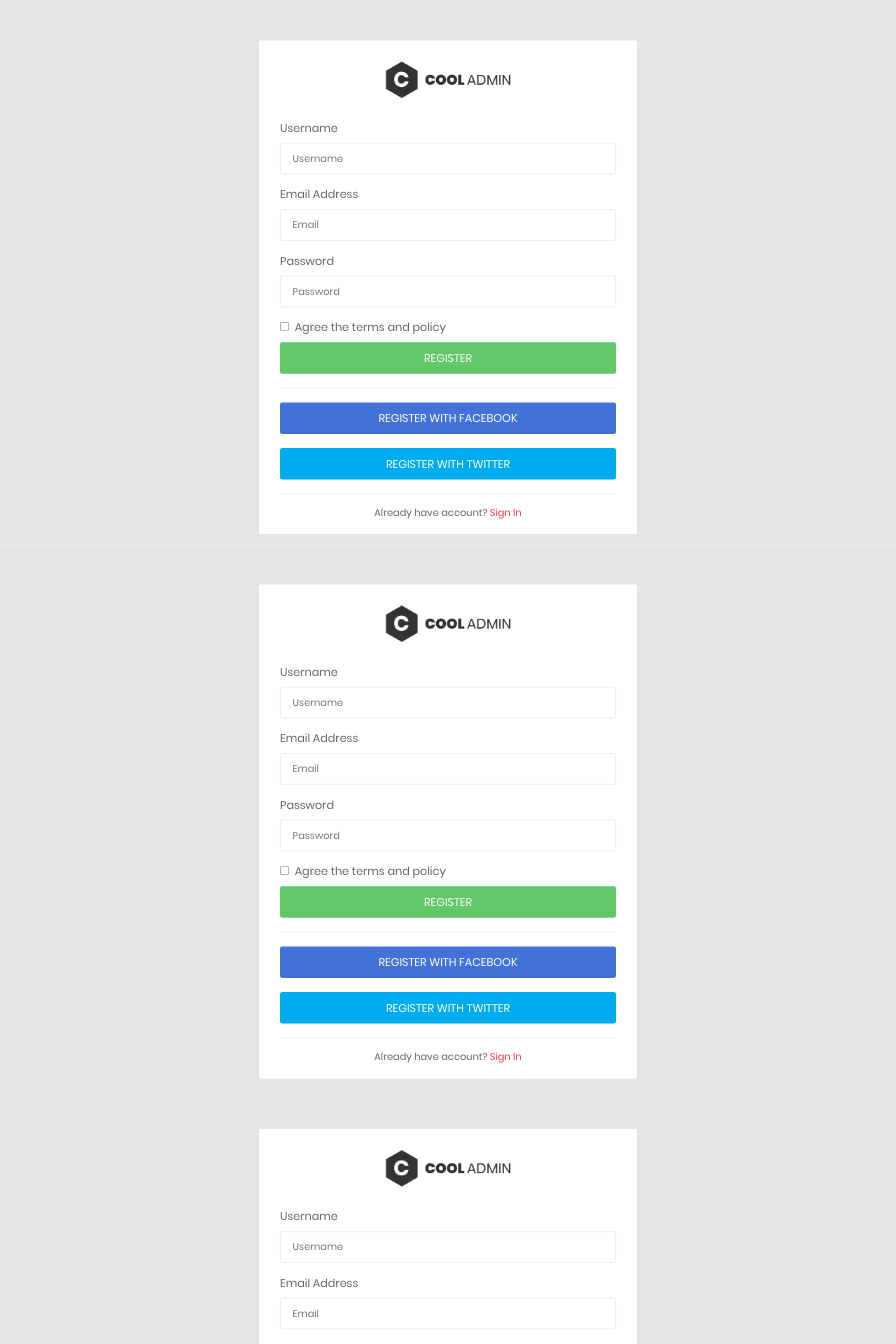
Repository: Julio-Sama/jacquis_system
Page: src/main/resources/templates/register.html
The author's editor kept a copy of each file at every save. The page is drawn from the files as they stood at one save, then again after the next save.
The browser window is 1280 px wide. The pictures show the part of the page from y = 0 to 1920 px (the page is 2333 px tall before and 3110 px after), at 70% of full size.

Above is the page before, as saved 2023-09-24 17:11:59.

After the next save:
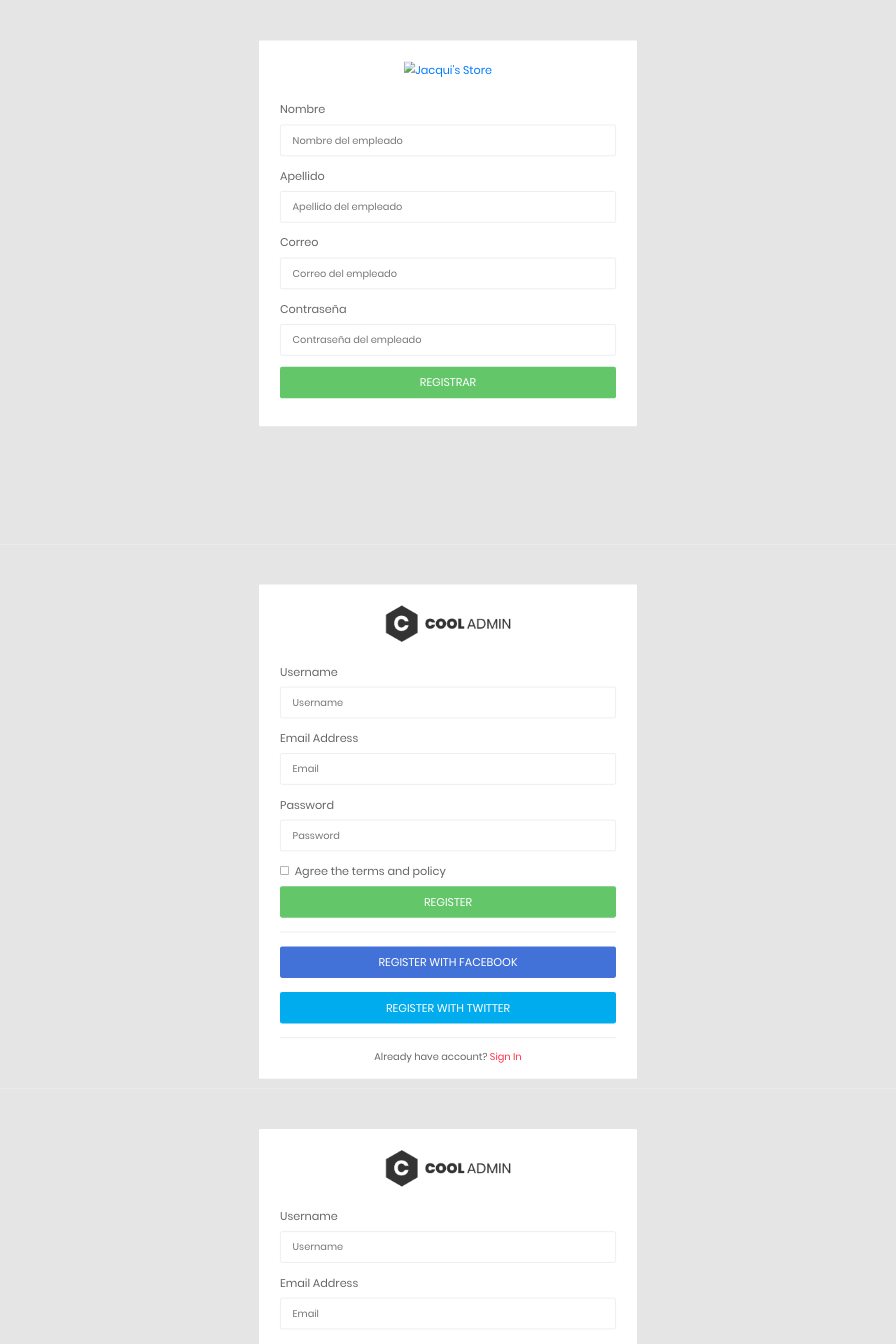
Saved 10 min 27 s later.
--- a/src/main/resources/templates/register.html
+++ b/src/main/resources/templates/register.html
@@ -1,3 +1,124 @@
+<!DOCTYPE html>
+<html lang="es" xmlns:th="http://www.thymeleaf.org" xmlns:sec="http://www.thymeleaf.org/thymeleaf-extras-springsecurity6">
+
+<head>
+    <!-- Required meta tags-->
+    <meta charset="UTF-8">
+    <meta name="viewport" content="width=device-width, initial-scale=1, shrink-to-fit=no">
+    <meta name="description" content="au theme template">
+    <meta name="author" content="Hau Nguyen">
+    <meta name="keywords" content="au theme template">
+
+    <!-- Title Page-->
+    <title>Registrar</title>
+
+    <!-- Fontfaces CSS-->
+    <link th:href:="@{/css/font-face.css}" rel="stylesheet" media="all">
+    <link th:href:="@{/vendor/font-awesome-4.7/css/font-awesome.min.css}" rel="stylesheet" media="all">
+    <link th:href:="@{/vendor/font-awesome-5/css/fontawesome-all.min.css}" rel="stylesheet" media="all">
+    <link th:href:="@{/vendor/mdi-font/css/material-design-iconic-font.min.css}" rel="stylesheet" media="all">
+
+    <!-- Bootstrap CSS-->
+    <link th:href:="@{/vendor/bootstrap-4.1/bootstrap.min.css}" rel="stylesheet" media="all">
+
+    <!-- Vendor CSS-->
+    <link th:href:="@{/vendor/animsition/animsition.min.css}" rel="stylesheet" media="all">
+    <link th:href:="@{/vendor/bootstrap-progressbar/bootstrap-progressbar-3.3.4.min.css}" rel="stylesheet" media="all">
+    <link th:href:="@{/vendor/wow/animate.css}" rel="stylesheet" media="all">
+    <link th:href:="@{/vendor/css-hamburgers/hamburgers.min.css}" rel="stylesheet" media="all">
+    <link th:href:="@{/vendor/slick/slick.css}" rel="stylesheet" media="all">
+    <link th:href:="@{/vendor/select2/select2.min.css}" rel="stylesheet" media="all">
+    <link th:href:="@{/vendor/perfect-scrollbar/perfect-scrollbar.css}" rel="stylesheet" media="all">
+
+    <!-- Main CSS-->
+    <link th:href:="@{/css/theme.css}" rel="stylesheet" media="all">
+
+</head>
+
+<body class="animsition">
+    <div class="page-wrapper">
+        <div class="page-content--bge5">
+            <div class="container">
+                <div class="login-wrap">
+                    <div class="login-content">
+                        <div class="login-logo">
+                            <a href="#">
+                                <img th:src="@{/images/icon/logo.png}" alt="Jacqui's Store">
+                            </a>
+                        </div>
+                        <div class="login-form">
+                            <form action="" method="post">
+                                <div class="form-group">
+                                    <label>Nombre</label>
+                                    <input class="au-input au-input--full" type="text" name="username" placeholder="Nombre del empleado">
+                                </div>
+                                <div class="form-group">
+                                    <label>Apellido</label>
+                                    <input class="au-input au-input--full" type="text" name="lastname" placeholder="Apellido del empleado">
+                                </div>
+                                <div class="form-group">
+                                    <label>Correo</label>
+                                    <input class="au-input au-input--full" type="email" name="email" placeholder="Correo del empleado">
+                                </div>
+                                <div class="form-group">
+                                    <label>Contraseña</label>
+                                    <input class="au-input au-input--full" type="password" name="password" placeholder="Contraseña del empleado">
+                                </div>
+                                <!-- <div class="login-checkbox">
+                                    <label>
+                                        <input type="checkbox" name="aggree">Agree the terms and policy
+                                    </label>
+                                </div> -->
+                                <button class="au-btn au-btn--block au-btn--green m-b-20" type="submit">Registrar</button>
+                                <!-- <div class="social-login-content">
+                                    <div class="social-button">
+                                        <button class="au-btn au-btn--block au-btn--blue m-b-20">register with facebook</button>
+                                        <button class="au-btn au-btn--block au-btn--blue2">register with twitter</button>
+                                    </div>
+                                </div> -->
+                            </form>
+                            <!-- <div class="register-link">
+                                <p>
+                                    Already have account?
+                                    <a href="#">Sign In</a>
+                                </p>
+                            </div> -->
+                        </div>
+                    </div>
+                </div>
+            </div>
+        </div>
+
+    </div>
+
+    <!-- Jquery JS-->
+    <script src="../static/vendor/jquery-3.2.1.min.js"></script>
+    <!-- Bootstrap JS-->
+    <script src="../static/vendor/bootstrap-4.1/popper.min.js"></script>
+    <script src="../static/vendor/bootstrap-4.1/bootstrap.min.js"></script>
+    <!-- Vendor JS       -->
+    <script src="../static/vendor/slick/slick.min.js">
+    </script>
+    <script src="../static/vendor/wow/wow.min.js"></script>
+    <script src="../static/vendor/animsition/animsition.min.js"></script>
+    <script src="../static/vendor/bootstrap-progressbar/bootstrap-progressbar.min.js">
+    </script>
+    <script src="../static/vendor/counter-up/jquery.waypoints.min.js"></script>
+    <script src="../static/vendor/counter-up/jquery.counterup.min.js">
+    </script>
+    <script src="../static/vendor/circle-progress/circle-progress.min.js"></script>
+    <script src="../static/vendor/perfect-scrollbar/perfect-scrollbar.js"></script>
+    <script src="../static/vendor/chartjs/Chart.bundle.min.js"></script>
+    <script src="../static/vendor/select2/select2.min.js">
+    </script>
+
+    <!-- Main JS-->
+    <script src="../static/js/main.js"></script>
+
+</body>
+
+</html>
+<!-- end document-->
 <!DOCTYPE html>
 <html lang="es" xmlns:th="http://www.thymeleaf.org" xmlns:sec="http://www.thymeleaf.org/thymeleaf-extras-springsecurity6">
 
